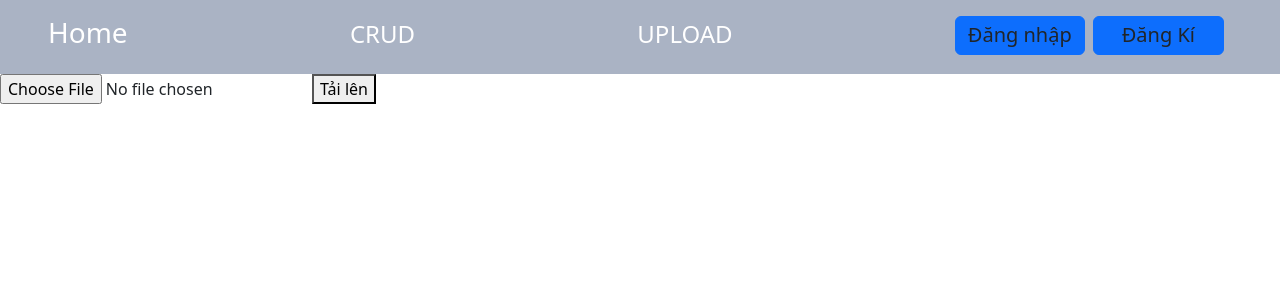
Repository: tung1999zxc/vue-project
Page: /upload
The author's editor kept a copy of each file at every save. The page is drawn from the files as they stood at one save, then again after the next save.
The browser window is 1280 px wide. The pictures show the whole page.
The project was rebuilt for these pictures with package versions that can differ from the ones it lists, and the page was loaded fresh each time. Also part of the build but not shown: vite.config.ts, src/components/test.vue, src/components/footer1.vue, src/views/HomeView.vue, src/components/login.vue, src/components/Regis.vue, src/components/crud.vue.

Above is the page before, as saved 2023-08-08 09:01:57.

### index.html
<!DOCTYPE html>
<html lang="en">
  <head>
    <meta charset="UTF-8">
    <meta name="viewport" content="width=device-width, initial-scale=1.0">
    <title>Vite App</title>
  </head>
  <body>
    <div id="app"><div></div></div>
    <script type="module" src="/src/main.js"></script>

  </body>
</html>

### src/main.js


import { createApp } from 'vue';
import { createPinia } from 'pinia';



import App from './App.vue'
import router from './router/index'
import store from './store/index'
import axios from 'axios';

import 'bootstrap/dist/css/bootstrap.css'

// const isAuthenticated = localStorage.getItem('token');
// if (isAuthenticated !== null) {
//   store.commit('SET_AUTHENTICATION', isAuthenticated === 'true');
// }

const app = createApp(App)
app.use(createPinia())
app.use(router)
app.use(store)
axios.defaults.headers.common['Authorization'] = `Bearer ${localStorage.getItem('token')}`;
app.mount('#app')

### src/App.vue
<template>
  <Menu/>
  <router-view></router-view>



</template>
<script setup lang="ts">
import axios from 'axios';
import { RouterLink, RouterView } from 'vue-router'
import Menu from './components/Menu.vue'


//import login from './components/login.vue'

// export default {
//   components: {
//     Menu,login2
//   },
// };

</script>

<style scoped>

</style>

### src/router/index.js
import { createRouter, createWebHistory } from 'vue-router'
import HomeView from '../views/HomeView.vue'
import Login from '../components/Login.vue'
import Regis from '../components/Regis.vue'
import crud from '../components/crud.vue'
import upload from '../components/upload.vue'


const router = createRouter({
  history: createWebHistory(import.meta.env.BASE_URL),
  routes : [
    {path: '/',component: HomeView,},
    {path: '/login',component:Login,},
    {path: '/Regis',component: Regis,},
    {path: '/crud',component: crud,},
    {path: '/upload',component: upload,},


  ]
})

export default router

### src/store/index.js
// store/index.js

import { createStore } from 'vuex'
import Vuex from 'vuex';
import auth from './auth';



const store = new Vuex.Store({
  modules: {
    auth, // Thêm Vuex module vào store với tên auth
  },
});

export default store;

### src/components/Menu.vue
<template>
    <div>
      <div class="justify-content-between d-flex px-5 py-3 " style="background: #aab3c4; ">


        <div class="h3"><router-link class="text-white text-decoration-none" to="/">Home</router-link></div>
        <div class="h4 mt-1"><router-link class="text-white text-decoration-none" to="/crud">CRUD</router-link></div>
        <div class="h4 mt-1"><router-link class="text-white text-decoration-none" to="/upload">UPLOAD</router-link></div>


        <div class=""><div v-if="!isAuthenticated" class="btn btn-primary mr-2 " >
          <router-link class="text-dark h5 text-decoration-none " to="/Login">Đăng nhập</router-link></div>
         <div v-else class="btn btn-danger " >
          <div @click="handleLogout">Đăng xuất</div></div>
         <div class="btn btn-primary mx-2"  v-show="!isAuthenticated"><router-link class=" h5 px-3 text-dark text-decoration-none" to="/Regis">Đăng Kí</router-link></div></div>

    </div>

    </div>
  </template>

  <script>
  import 'bootstrap/dist/css/bootstrap.css';
  import { mapState, mapGetters , mapMutations ,mapActions} from 'vuex';
  export default {
    computed: {
    ...mapGetters('auth', ['isAuthenticated','userinfo']),
  },
    methods: {
      ...mapMutations('auth', ['SET_AUTHENTICATED']),
      ...mapActions('auth', ['login', 'logout']),
    // handleLogin() {
    //   this.login(); // Call the login action to set isAuthenticated to true
    // },
    handleLogout() {
      this.logout(); // Call the logout action to set isAuthenticated to false
    },


        logoutUser(){
      // Xóa mã thông báo JWT khỏi localStorage khi đăng xuất
      localStorage.removeItem('token');
      // Hoặc đặt lại giá trị isAuthenticated về false khi đăng xuất
      this.SET_AUTHENTICATED = null;
      alert('đăng xuất thành  công');



    },
    },

  };
  </script>

  <style scoped>


  </style>

### src/components/upload.vue
<template>
  <div>
    <input type="file" ref="fileInput" @change="handleFileChange" />
    <button @click="uploadFile">Tải lên</button>
    {{ this.selectedFile }}
  </div>
</template>

<script>
export default {
  data() {
    return {
      selectedFile: null,
    };
  },
  methods: {
    handleFileChange(event) {
      this.selectedFile = event.target.files[0];
    },
    async uploadFile() {
      if (this.selectedFile) {
        const formData = new FormData();
        formData.append('file', this.selectedFile);

        try {
          const response = await fetch('https://example.com/api/upload', {
            method: 'POST',
            body: formData,
          });

          if (response.ok) {
            console.log('Tải tệp lên thành công.');
          } else {
            console.error('Lỗi khi tải tệp lên.');
          }
        } catch (error) {
          console.error('Lỗi kết nối:', error);
        }
      } else {
        console.warn('Vui lòng chọn tệp cần tải lên.');
      }
    },
  },
};
</script>

### src/store/auth.js
const state = {
  isAuthenticated: localStorage.getItem('token'),
  userinfo: JSON.parse(localStorage.getItem('userinfo')),

  // Các thông tin người dùng khác nếu cần
};

const getters = {
  isAuthenticated: state => state.isAuthenticated,
  userinfo: state => state.userinfo,

  // Các getters khác nếu cần
};
  const mutations = {
    SET_AUTHENTICATED(state, value) {
      state.isAuthenticated = value;
    },
    SET_USERINFO(state, value) {
      state.userinfo = value;

    },
    // Các mutations khác nếu cần
  };
  import axios from 'axios';
  import router from '../router/index';
  const actions = {
    login({ commit }, { username, password }) {

      axios.post('https://api.tranhai.net/api/auth/login', {
      username: username,
      password: password
    })
    .then(response => {
      const data = response.data;
      localStorage.setItem('token', data.access_token);
      commit('SET_AUTHENTICATED', localStorage.getItem('token'));

      axios.get('https://api.tranhai.net/api/userinfo/me'
      // {
      //   headers: {
      //     Authorization: 'Bearer ' + localStorage.getItem('token'),
      //   }}
        )
      .then(response=>{
        localStorage.setItem('userinfo', JSON.stringify(response.data));

      })
      .catch(error =>{
        alert('lấy thông tin thất bại');
      })

      // console.log(data)
      // this.token = data.access_token;
    })
    .catch(error => {
      // Xử lý lỗi đăng nhập
      console.error(error);

      alert('Đăng nhập thất bại!');

    });

    //
    //

        },


      logout({ commit }) {
        localStorage.removeItem('token');
        localStorage.removeItem('userinfo');
          commit('SET_AUTHENTICATED', localStorage.getItem('token'));
          commit('SET_USERINFO', {});
          alert('đăng xuất thành  công');
        },

  };


  export default {
    namespaced: true,
    state,
    mutations,
    actions,
    getters,
  };

After the next save:
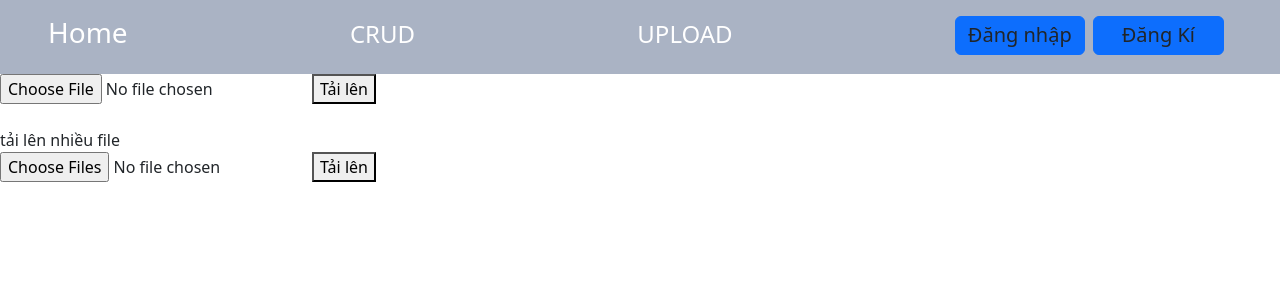
Saved 43 min 56 s later.
--- a/src/components/upload.vue
+++ b/src/components/upload.vue
@@ -1,7 +1,10 @@
 <template>
   <div>
     <input type="file" ref="fileInput" @change="handleFileChange" />
-    <button @click="uploadFile">Tải lên</button>
+    <button @click="uploadFile">Tải lên</button> <br><br>
+    tải lên nhiều file <br>
+    <input type="file" ref="fileInput" @change="handleFileChange" multiple />
+    <button @click="uploadFiles">Tải lên</button>
     {{ this.selectedFile }}
   </div>
 </template>
